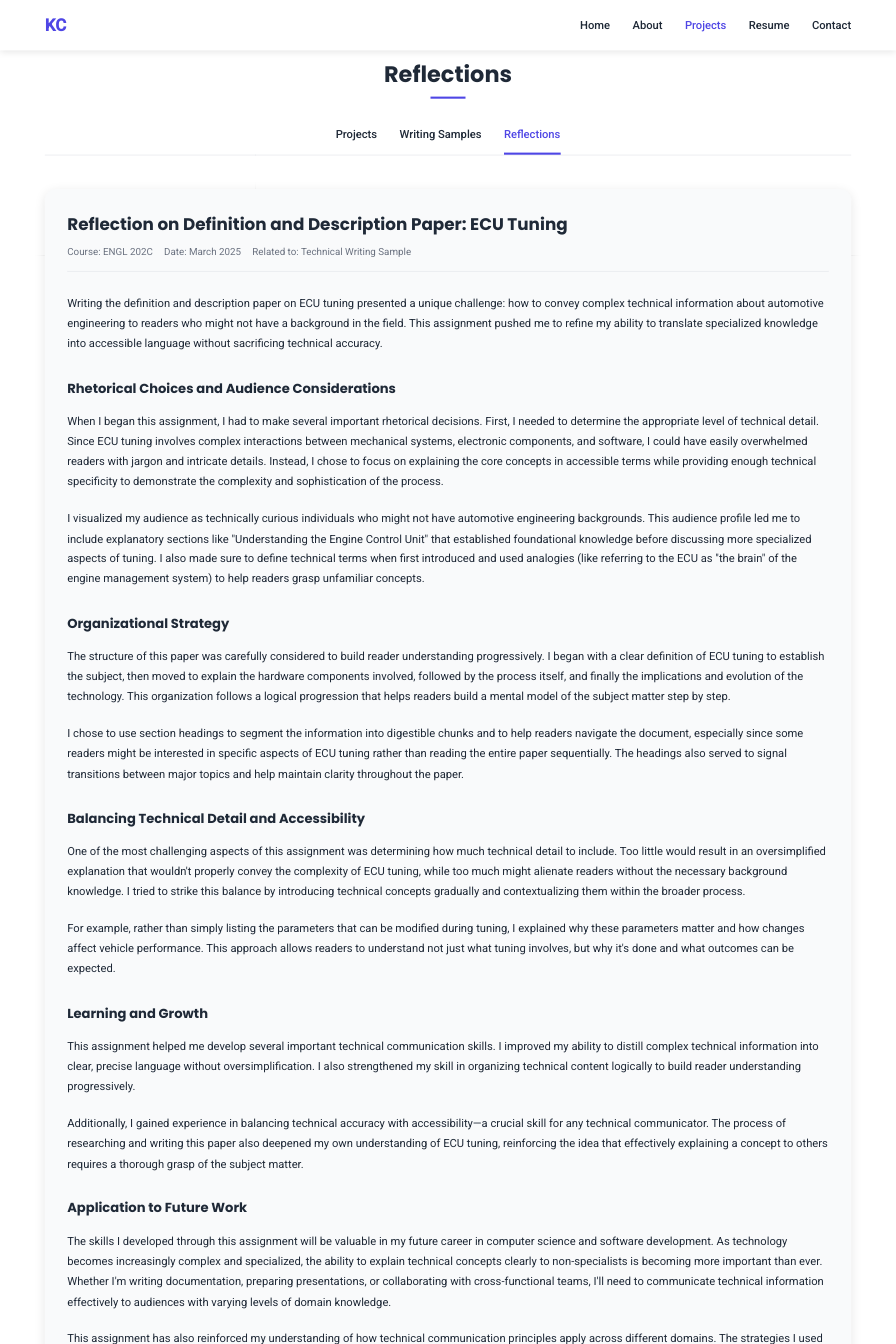
Repository: itskevbo/E-Portfolio
Page: pages/reflections.html
The author's editor kept a copy of each file at every save. The page is drawn from the files as they stood at one save, then again after a run of saves.
The browser window is 1280 px wide. The pictures show the part of the page from y = 0 to 1920 px (the page is 4335 px tall before and 6524 px after), at 70% of full size.

Above is the page before, as saved 2025-04-28 15:58:52.
Console error: ReferenceError: ScrollReveal is not defined

After the next 2 saves:
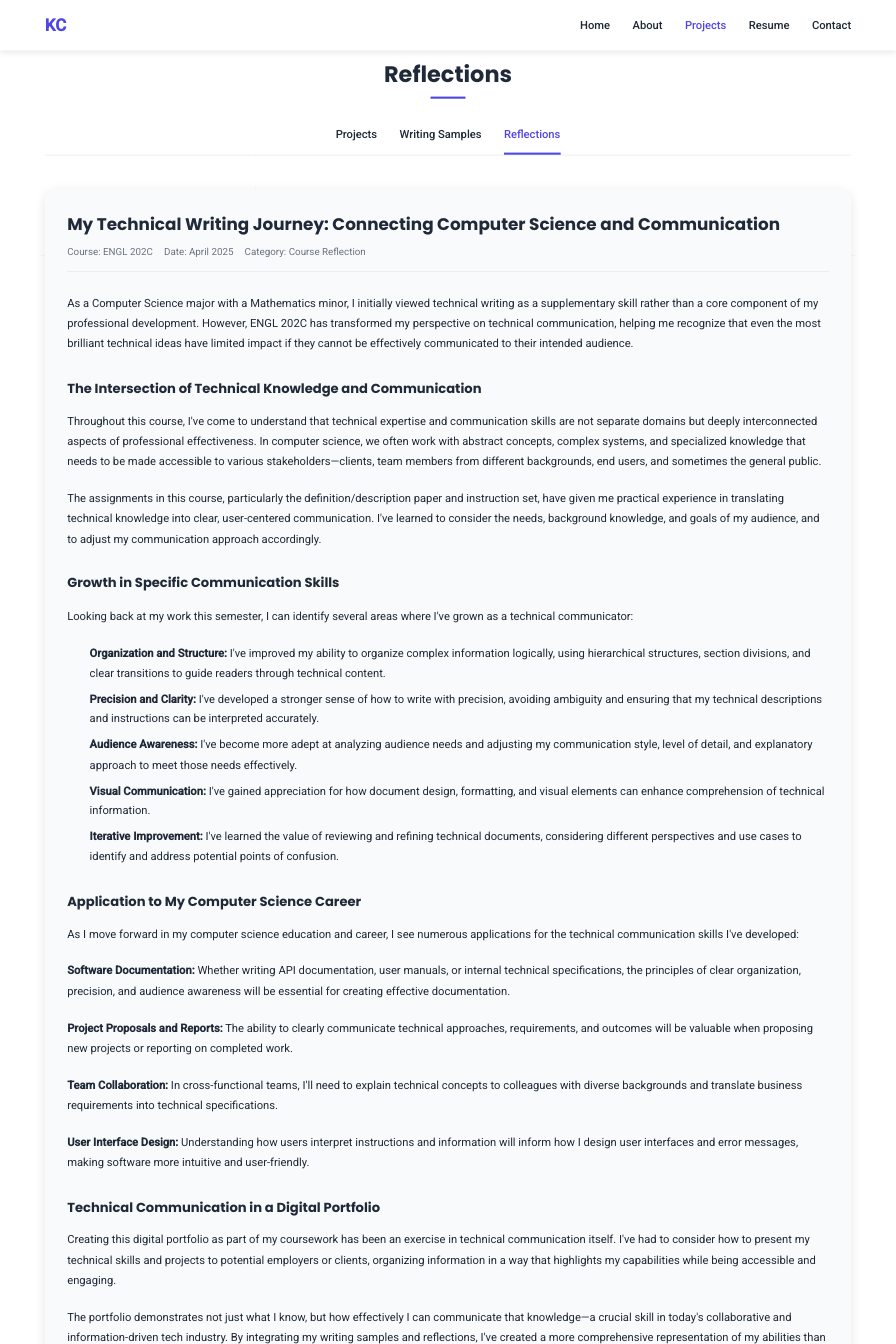
The 2 saves are shown as one change because they came seconds apart.
The last was saved 8 s later.
--- a/pages/reflections.html
+++ b/pages/reflections.html
@@ -156,6 +156,66 @@
                         <li class="sub-nav__item"><a href="reflections.html" class="sub-nav__link active">Reflections</a></li>
                     </ul>
                 </div>
+
+                <!-- Reflection 1: Overall Technical Writing Journey -->
+                <article class="reflection" id="technical-writing-journey">
+                    <header class="reflection__header">
+                        <h3 class="reflection__title">My Technical Writing Journey: Connecting Computer Science and Communication</h3>
+                        <div class="reflection__meta">
+                            <span>Course: ENGL 202C</span>
+                            <span>Date: April 2025</span>
+                            <span>Category: Course Reflection</span>
+                        </div>
+                    </header>
+
+                    <div class="reflection__content">
+                        <p>As a Computer Science major with a Mathematics minor, I initially viewed technical writing as a supplementary skill rather than a core component of my professional development. However, ENGL 202C has transformed my perspective on technical communication, helping me recognize that even the most brilliant technical ideas have limited impact if they cannot be effectively communicated to their intended audience.</p>
+
+                        <h3>The Intersection of Technical Knowledge and Communication</h3>
+                        <p>Throughout this course, I've come to understand that technical expertise and communication skills are not separate domains but deeply interconnected aspects of professional effectiveness. In computer science, we often work with abstract concepts, complex systems, and specialized knowledge that needs to be made accessible to various stakeholders—clients, team members from different backgrounds, end users, and sometimes the general public.</p>
+
+                        <p>The assignments in this course, particularly the definition/description paper and instruction set, have given me practical experience in translating technical knowledge into clear, user-centered communication. I've learned to consider the needs, background knowledge, and goals of my audience, and to adjust my communication approach accordingly.</p>
+
+                        <h3>Growth in Specific Communication Skills</h3>
+                        <p>Looking back at my work this semester, I can identify several areas where I've grown as a technical communicator:</p>
+
+                        <ul>
+                            <li><strong>Organization and Structure:</strong> I've improved my ability to organize complex information logically, using hierarchical structures, section divisions, and clear transitions to guide readers through technical content.</li>
+                            <li><strong>Precision and Clarity:</strong> I've developed a stronger sense of how to write with precision, avoiding ambiguity and ensuring that my technical descriptions and instructions can be interpreted accurately.</li>
+                            <li><strong>Audience Awareness:</strong> I've become more adept at analyzing audience needs and adjusting my communication style, level of detail, and explanatory approach to meet those needs effectively.</li>
+                            <li><strong>Visual Communication:</strong> I've gained appreciation for how document design, formatting, and visual elements can enhance comprehension of technical information.</li>
+                            <li><strong>Iterative Improvement:</strong> I've learned the value of reviewing and refining technical documents, considering different perspectives and use cases to identify and address potential points of confusion.</li>
+                        </ul>
+
+                        <h3>Application to My Computer Science Career</h3>
+                        <p>As I move forward in my computer science education and career, I see numerous applications for the technical communication skills I've developed:</p>
+
+                        <p><strong>Software Documentation:</strong> Whether writing API documentation, user manuals, or internal technical specifications, the principles of clear organization, precision, and audience awareness will be essential for creating effective documentation.</p>
+
+                        <p><strong>Project Proposals and Reports:</strong> The ability to clearly communicate technical approaches, requirements, and outcomes will be valuable when proposing new projects or reporting on completed work.</p>
+
+                        <p><strong>Team Collaboration:</strong> In cross-functional teams, I'll need to explain technical concepts to colleagues with diverse backgrounds and translate business requirements into technical specifications.</p>
+
+                        <p><strong>User Interface Design:</strong> Understanding how users interpret instructions and information will inform how I design user interfaces and error messages, making software more intuitive and user-friendly.</p>
+
+                        <h3>Technical Communication in a Digital Portfolio</h3>
+                        <p>Creating this digital portfolio as part of my coursework has been an exercise in technical communication itself. I've had to consider how to present my technical skills and projects to potential employers or clients, organizing information in a way that highlights my capabilities while being accessible and engaging.</p>
+
+                        <p>The portfolio demonstrates not just what I know, but how effectively I can communicate that knowledge—a crucial skill in today's collaborative and information-driven tech industry. By integrating my writing samples and reflections, I've created a more comprehensive representation of my abilities than code samples alone could provide.</p>
+
+                        <h3>Continuing Development</h3>
+                        <p>As I continue to develop as a computer scientist and technical communicator, I plan to further refine my skills in several areas:</p>
+
+                        <ul>
+                            <li>Creating more sophisticated technical documentation, including developer guides and technical specifications</li>
+                            <li>Developing data visualization skills to communicate complex information graphically</li>
+                            <li>Practicing verbal technical communication through presentations and demos</li>
+                            <li>Exploring how to effectively communicate about emerging technologies like AI and machine learning to non-technical audiences</li>
+                        </ul>
+
+                        <p>ENGL 202C has provided a foundation for these goals by helping me see technical communication not as a separate skill from my technical knowledge, but as an integral part of how I apply that knowledge effectively in a professional context. In an industry where collaboration and clear communication are as important as technical expertise, these skills will be invaluable assets throughout my career.</p>
+                    </div>
+                </article>
 
                 <!-- Reflection 3: Definition and Description Paper -->
                 <article class="reflection" id="definition-description">
